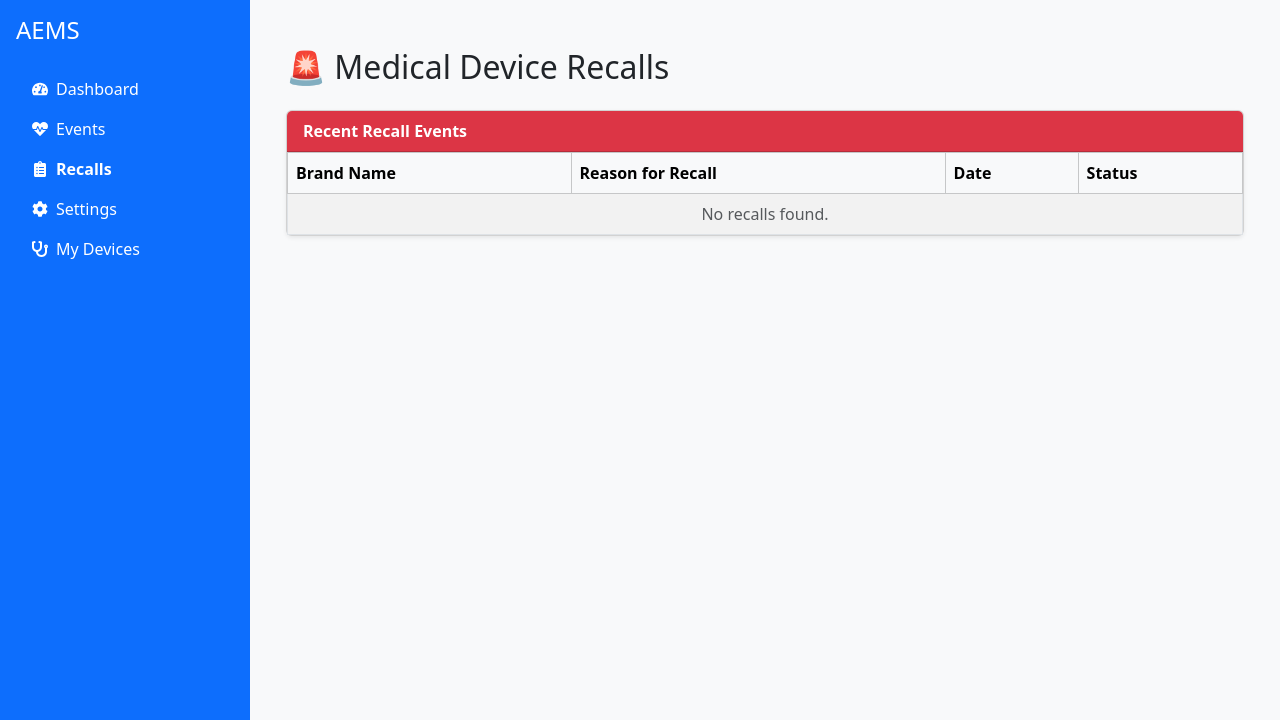
Repository: Sarary2/AEMS_2MVP
Page: /recalls (app in frontend/AEMS/)
An editor plug-in stored every save of this project. The page is shown before and after the next save, followed by the edit.
The browser window is 1280 px wide. The pictures show the whole page.
The page's requests for data from a server got no answer. The project was rebuilt for these pictures with package versions that can differ from the ones it lists, and the page was loaded fresh each time. No one was signed in, and anything a server would have sent is missing. Also part of the build but not shown: frontend/AEMS/vite.config.js, frontend/AEMS/src/components/StatCard.jsx, frontend/AEMS/src/components/DeviceRow.jsx, frontend/AEMS/src/components/StatusChart.jsx, frontend/AEMS/src/components/RecallsPanel.jsx, frontend/AEMS/src/pages/Dashboard.jsx, frontend/AEMS/src/pages/Events.jsx, frontend/AEMS/src/firebase.js and 4 more.

Above is the page before, as saved 2025-05-06 14:10:44.

### frontend/AEMS/src/main.jsx
import React from 'react';
import ReactDOM from 'react-dom/client';
import App from './App.jsx';
import 'bootstrap/dist/css/bootstrap.min.css';

ReactDOM.createRoot(document.getElementById('root')).render(
  <React.StrictMode>
    <App />
  </React.StrictMode>
);

### frontend/AEMS/src/App.jsx
import { BrowserRouter as Router, Routes, Route, useLocation } from 'react-router-dom';
import Sidebar from './components/Sidebar';
import Dashboard from './pages/Dashboard';
import Events from './pages/Events';
import Login from './pages/Login';
import Register from './pages/Register';
import Recalls from './pages/Recalls';
import Settings from './pages/Settings';
import TrackedDevices from './pages/TrackedDevices';

function LayoutWithSidebar({ children }) {
  return (
    <div className="d-flex min-vh-100">
      <Sidebar />
      <div className="flex-grow-1 bg-light p-4 overflow-auto">
        {children}
      </div>
    </div>
  );
}

function AppRoutes() {
  const location = useLocation();
  const hideSidebar = ['/login', '/register'].includes(location.pathname);

  return hideSidebar ? (
    <Routes>
      <Route path="/login" element={<Login />} />
      <Route path="/register" element={<Register />} />
    </Routes>
  ) : (
    <LayoutWithSidebar>
      <Routes>
        <Route path="/" element={<Dashboard />} />
        <Route path="/events" element={<Events />} />
        <Route path="/recalls" element={<Recalls />} />
        <Route path="/settings" element={<Settings />} />
        <Route path="/tracked" element={<TrackedDevices />} />
      </Routes>
    </LayoutWithSidebar>
  );
}

export default function App() {
  return (
    <Router>
      <AppRoutes />
    </Router>
  );
}

### frontend/AEMS/src/components/Sidebar.jsx
import { NavLink } from 'react-router-dom';
import { FaTachometerAlt, FaHeartbeat, FaClipboardList, FaCog, FaStethoscope } from 'react-icons/fa';

export default function Sidebar() {
  return (
    <div className="bg-primary text-white d-flex flex-column p-3" style={{ width: '250px', minHeight: '100vh' }}>
      <h4 className="text-white mb-4">AEMS</h4>
      <ul className="nav flex-column">
        <li className="nav-item">
          <NavLink to="/" className={({ isActive }) =>
            `nav-link d-flex align-items-center text-white ${isActive ? 'fw-bold' : ''}`
          }>
            <FaTachometerAlt className="me-2" /> Dashboard
          </NavLink>
        </li>
        <li className="nav-item">
          <NavLink to="/events" className={({ isActive }) =>
            `nav-link d-flex align-items-center text-white ${isActive ? 'fw-bold' : ''}`
          }>
            <FaHeartbeat className="me-2" /> Events
          </NavLink>
        </li>
        <li className="nav-item">
          <NavLink to="/recalls" className={({ isActive }) =>
            `nav-link d-flex align-items-center text-white ${isActive ? 'fw-bold' : ''}`
          }>
            <FaClipboardList className="me-2" /> Recalls
          </NavLink>
        </li>
        <li className="nav-item">
          <NavLink to="/settings" className={({ isActive }) =>
            `nav-link d-flex align-items-center text-white ${isActive ? 'fw-bold' : ''}`
          }>
            <FaCog className="me-2" /> Settings
          </NavLink>
        </li>
        <li className="nav-item">
          <NavLink to="/tracked" className={({ isActive }) =>
            `nav-link d-flex align-items-center text-white ${isActive ? 'fw-bold' : ''}`
          }>
            <FaStethoscope className="me-2" /> My Devices
          </NavLink>
        </li>
      </ul>
    </div>
  );
}

### frontend/AEMS/src/pages/Recalls.jsx
import { useEffect, useState } from 'react';
import { fetchDeviceRecalls } from '../utils/fetchRecalls';

export default function Recalls() {
  const [recalls, setRecalls] = useState([]);
  const [loading, setLoading] = useState(true);

  useEffect(() => {
    fetchDeviceRecalls(25).then(data => {
      setRecalls(data);
      setLoading(false);
    });
  }, []);

  const formatDate = (rawDate) => {
    if (!rawDate || rawDate.length !== 8) return 'N/A';
    const year = rawDate.slice(0, 4);
    const month = rawDate.slice(4, 6);
    const day = rawDate.slice(6, 8);
    return `${year}-${month}-${day}`;
  };

  const getStatusColor = (status) => {
    switch (status?.toLowerCase()) {
      case 'ongoing': return 'warning';
      case 'completed': return 'success';
      case 'terminated': return 'danger';
      default: return 'secondary';
    }
  };

  return (
    <div className="container-fluid">
      <h2 className="my-4">🚨 Medical Device Recalls</h2>

      <div className="card shadow-sm">
        <div className="card-header bg-danger text-white fw-bold">
          Recent Recall Events
        </div>
        <div className="card-body p-0">
          {loading ? (
            <div className="text-center py-4 text-muted">Loading recalls...</div>
          ) : (
            <table className="table table-striped table-bordered mb-0">
              <thead className="table-light">
                <tr>
                  <th>Brand Name</th>
                  <th>Reason for Recall</th>
                  <th>Date</th>
                  <th>Status</th>
                </tr>
              </thead>
              <tbody>
                {recalls.length === 0 ? (
                  <tr>
                    <td colSpan="4" className="text-center text-muted">No recalls found.</td>
                  </tr>
                ) : (
                  recalls.map((recall, i) => (
                    <tr key={i}>
                      <td>{recall.brandName}</td>
                      <td>{recall.recallReason}</td>
                      <td>{formatDate(recall.recallDate)}</td>
                      <td>
                        <span className={`badge bg-${getStatusColor(recall.status)}`}>
                          {recall.status || 'Unknown'}
                        </span>
                      </td>
                    </tr>
                  ))
                )}
              </tbody>
            </table>
          )}
        </div>
      </div>
    </div>
  );
}

### frontend/AEMS/src/utils/fetchRecalls.js
export async function fetchDeviceRecalls(limit = 25) {
    try {
      const res = await fetch(
        `https://api.fda.gov/device/enforcement.json?search=product_type:Device&limit=${limit}`
      );
      const data = await res.json();
      return data.results.map(item => ({
        brandName: item.device_name || 'Unknown',
        recallReason: item.reason_for_recall || 'N/A',
        recallDate: item.recall_initiation_date || 'N/A',
        status: item.status || 'N/A',
        recallNumber: item.recall_number || '',
      }));
    } catch (err) {
      console.error('Error fetching recall data:', err);
      return [];
    }
  }

Loaded but not shown: frontend/AEMS/index.html (common file)

After the next save:
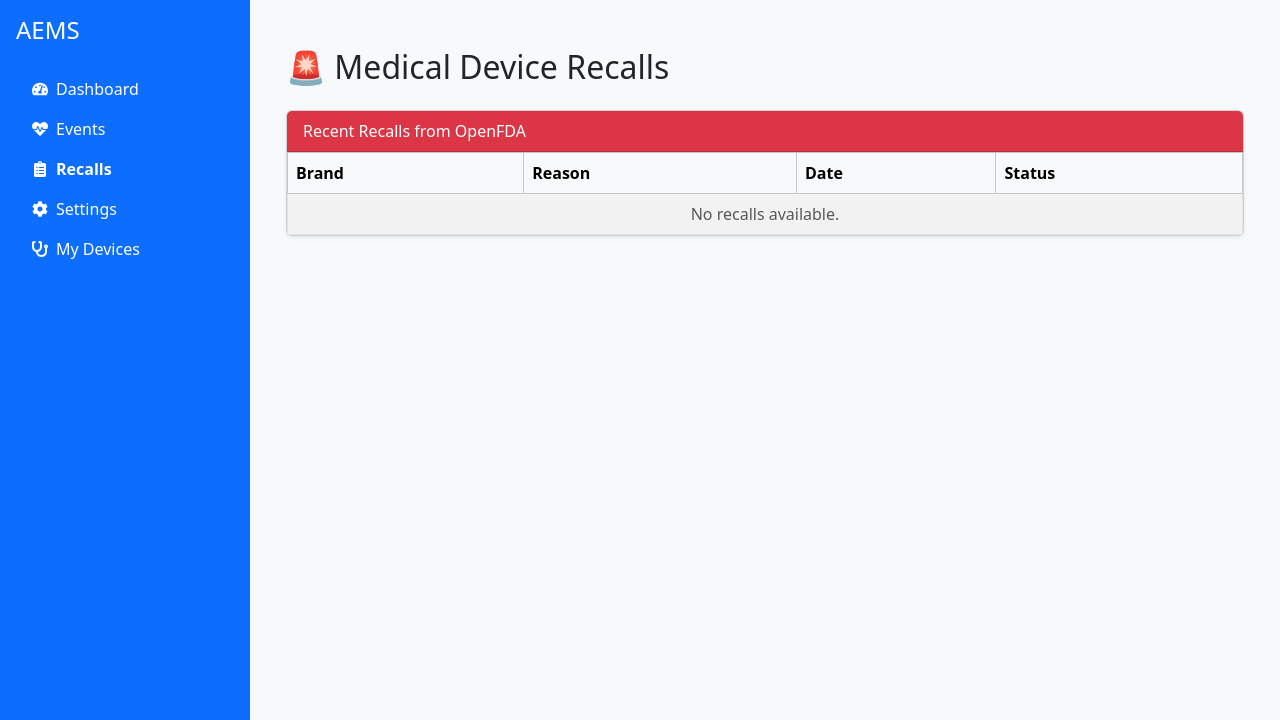
Saved 11 s later.
--- a/frontend/AEMS/src/pages/Recalls.jsx
+++ b/frontend/AEMS/src/pages/Recalls.jsx
@@ -6,7 +6,7 @@ export default function Recalls() {
   const [loading, setLoading] = useState(true);
 
   useEffect(() => {
-    fetchDeviceRecalls(25).then(data => {
+    fetchDeviceRecalls().then(data => {
       setRecalls(data);
       setLoading(false);
     });
@@ -14,13 +14,10 @@ export default function Recalls() {
 
   const formatDate = (rawDate) => {
     if (!rawDate || rawDate.length !== 8) return 'N/A';
-    const year = rawDate.slice(0, 4);
-    const month = rawDate.slice(4, 6);
-    const day = rawDate.slice(6, 8);
-    return `${year}-${month}-${day}`;
+    return `${rawDate.slice(0, 4)}-${rawDate.slice(4, 6)}-${rawDate.slice(6)}`;
   };
 
-  const getStatusColor = (status) => {
+  const statusColor = (status) => {
     switch (status?.toLowerCase()) {
       case 'ongoing': return 'warning';
       case 'completed': return 'success';
@@ -32,20 +29,17 @@ export default function Recalls() {
   return (
     <div className="container-fluid">
       <h2 className="my-4">🚨 Medical Device Recalls</h2>
-
       <div className="card shadow-sm">
-        <div className="card-header bg-danger text-white fw-bold">
-          Recent Recall Events
-        </div>
+        <div className="card-header bg-danger text-white">Recent Recalls from OpenFDA</div>
         <div className="card-body p-0">
           {loading ? (
-            <div className="text-center py-4 text-muted">Loading recalls...</div>
+            <div className="text-center py-4 text-muted">Loading recall data...</div>
           ) : (
             <table className="table table-striped table-bordered mb-0">
               <thead className="table-light">
                 <tr>
-                  <th>Brand Name</th>
-                  <th>Reason for Recall</th>
+                  <th>Brand</th>
+                  <th>Reason</th>
                   <th>Date</th>
                   <th>Status</th>
                 </tr>
@@ -53,7 +47,7 @@ export default function Recalls() {
               <tbody>
                 {recalls.length === 0 ? (
                   <tr>
-                    <td colSpan="4" className="text-center text-muted">No recalls found.</td>
+                    <td colSpan="4" className="text-center text-muted">No recalls available.</td>
                   </tr>
                 ) : (
                   recalls.map((recall, i) => (
@@ -62,8 +56,8 @@ export default function Recalls() {
                       <td>{recall.recallReason}</td>
                       <td>{formatDate(recall.recallDate)}</td>
                       <td>
-                        <span className={`badge bg-${getStatusColor(recall.status)}`}>
-                          {recall.status || 'Unknown'}
+                        <span className={`badge bg-${statusColor(recall.status)}`}>
+                          {recall.status}
                         </span>
                       </td>
                     </tr>
